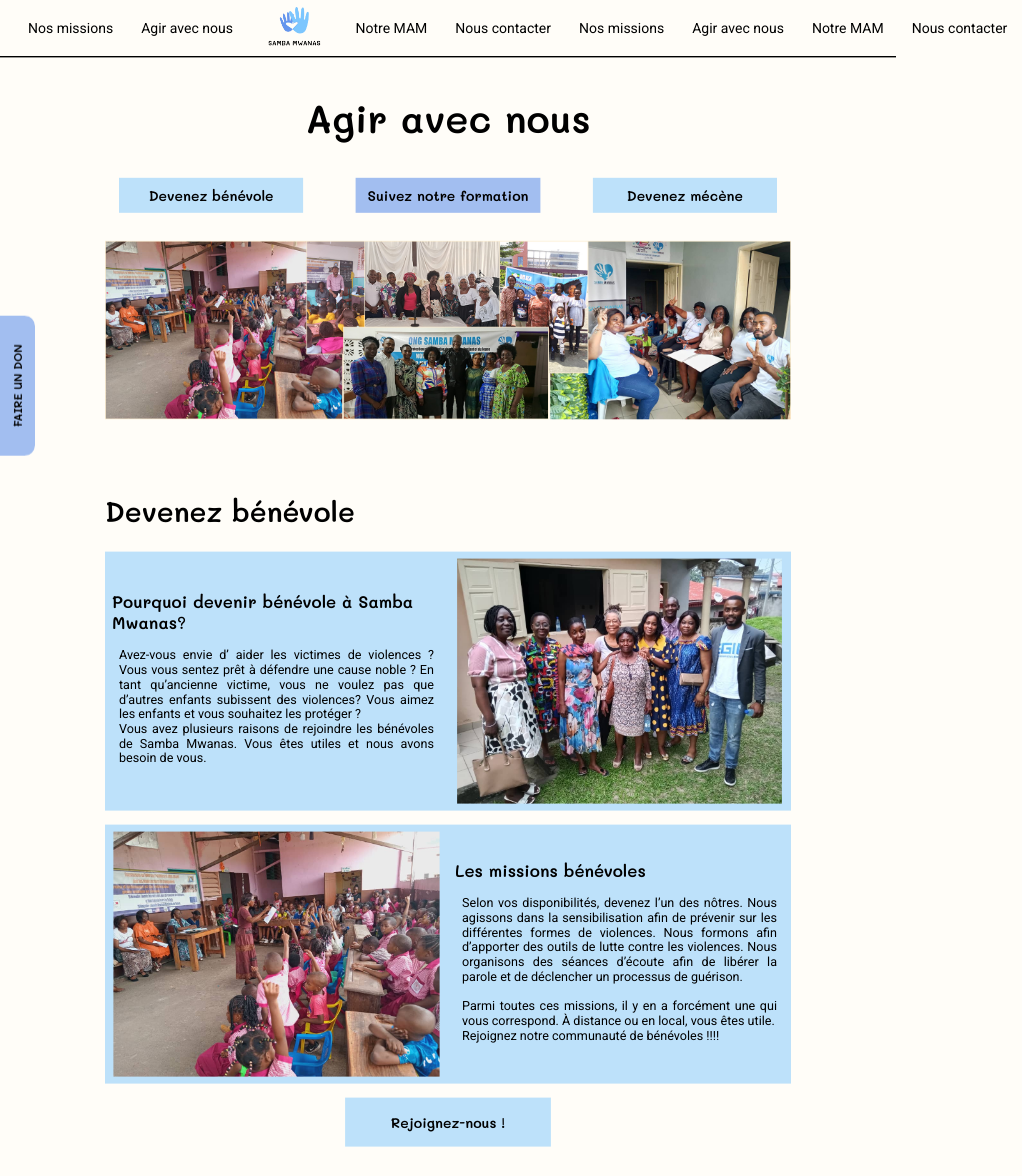
Repository: Danie-lDasilva/Samba-Mwanas
Page: Agir avec nous.html
These files come from the project's save history. The page is drawn as it stood at one moment and after the next save; the edit follows.
The browser window is 1280 px wide. The page is 1460 px wide, then 1280 px, so the pictures cover 1460 px, including what lies to the right of the window. The pictures show the part of the page from y = 0 to 1680 px (the page is 3583 px tall), at 70% of full size.

Above is the page before, as saved 2025-03-07 13:50:42.

### Agir avec nous.html
<!DOCTYPE html>
<html lang="fr">
<head>
    <meta charset="UTF-8">
    <meta name="viewport" content="width=device-width, initial-scale=1.0">
    <title>Agir avec nous</title>
    <link rel="preconnect" href="https://fonts.googleapis.com">
    <link rel="preconnect" href="https://fonts.gstatic.com" crossorigin>
    <link href="https://fonts.googleapis.com/css2?family=Mali:wght@600&family=Roboto:ital,wdth@0,75;1,75&display=swap" rel="stylesheet">

    <link rel="stylesheet" href="assets/css/Agir avec nous.css">
    <link rel="stylesheet" href="assets/css/style.css">
</head>
<body>
    <header>
        <nav>
            <ul>
                <li>
                    <a href="Nos missions.html">Nos missions</a>
                </li>
                <li>
                    <a href="Agir avec nous.html">Agir avec nous</a>
                </li>
                <li class="Logo">
                    <a href="index.html">
                        <img src="assets/img/Fichier 2.png" alt="Logo Samba Mwanas, retour à l'accueil">
                    </a>
                </li>
                <li>
                    <a href="Notre MAM.html">Notre MAM</a>
                </li>
                <li>
                    <a href="Nous contacter.html">Nous contacter</a>
                </li>
            </ul>
        </nav>

        <nav class="Mobile">
            <ul>
                <li>
                    <a href="Nos missions.html">Nos missions</a>
                </li>
                <li>
                    <a href="Agir avec nous.html">Agir avec nous</a>
                </li>
                <li>
                    <a href="Notre MAM.html">Notre MAM</a>
                </li>
                <li>
                    <a href="Nous contacter.html">Nous contacter</a>
                </li>
            </ul>
        </nav>
    </header>

    <main>
        <h1>
            Agir avec nous
        </h1>

        <section class="BoutonsForm">
            <div>
                <a href="#Benevole" class="Color1">Devenez bénévole</a>
            </div>

            <div>
                <a href="#Formation" class="Color2">Suivez notre formation</a>
            </div>

            <div>
                <a href="#Mécène" class="Color1">Devenez mécène</a>
            </div>
        </section>

        <div class="Bannière">
            <img src="assets/img/Mix photos.jpg" alt="">
        </div>

        <section>
            <h2 id="Benevole">
                Devenez bénévole
            </h2>

            <div class="Bloc">
                <div>
                    <h3>
                        Pourquoi devenir bénévole à Samba Mwanas?
                    </h3>
                    <p>
                        Avez-vous envie d’ aider les victimes de violences ? Vous vous sentez prêt à défendre une cause noble ? En tant qu’ancienne victime, vous ne voulez pas que d’autres enfants subissent des violences? Vous aimez les enfants et vous souhaitez les protéger ? <br>
                        Vous avez plusieurs raisons de rejoindre les bénévoles de Samba Mwanas. Vous êtes utiles et nous avons besoin de vous.
                    </p>
                </div>
                <div class="End">
                    <img src="assets/img/Equipe.jpg" alt="Photo de l'équipe de Samba Mwanas">
                </div>
            </div>

            <div class="Bloc">
                <div>
                    <img src="assets/img/Leçon Enfantss.jpg" alt="Photo d'enfants">
                </div>
                <div>
                    <h3>
                        Les missions bénévoles
                    </h3>
                    <p>
                        Selon vos disponibilités, devenez l’un des nôtres. Nous agissons dans la sensibilisation afin de prévenir sur les différentes formes de violences. Nous formons afin d’apporter des outils de lutte contre les violences. Nous organisons des séances d’écoute afin de libérer la parole et de déclencher un processus de guérison. <br>
                        <br>
                        Parmi toutes ces missions, il y en a forcément une qui vous correspond. À distance ou en local, vous êtes utile. <br>
                        Rejoignez notre communauté de bénévoles !!!!
                    </p>
                </div>
            </div>

            <div class="Rejoindre">
                <a href="">Rejoignez-nous !</a>
            </div>
        </section>

        <section>
            <h2 id="Formation">
                Suivez notre formation
            </h2>

            <div class="Bloc2">
                <div>
                    <h3>
                        Pourquoi suivre notre formation ?
                    </h3>
                    <p>
                        Samba Mwanas propose différentes formations afin d’améliorer l’expertise de ses bénévoles et ainsi assurer un suivi régulier . <br>
                        <br>
                        Ces formations permettent à nos bénévoles d’apprendre à écouter les gens qui ont vécu des choses difficiles à entendre mais qui ont besoin d’en parler. <br>
                        <br>
                        Nos formations peuvent évoluer alors pour tout autre information rendez-vous sur nos réseaux sociaux
                    </p>
                </div>
                <div class="End">
                    <img src="assets/img/Eglise.jpg" alt="Photo de l'équipe de Samba Mwanas à une formation à l'église">
                </div>
            </div>

            <div class="Inscrire">
                <a href="">Inscrivez-vous</a>
            </div>
        </section>

        <section>
            <div class="Bloc3">
                <div>
                    <h3>
                        Pourquoi devenir mécène ?
                    </h3>
                    <p>
                        Si vous êtes un organisme international, une banque, une fondation, une entreprise, un service de coopération, un sympathisant, rejoignez Samba Mwanas et aidez nous à faire vivre cette association. <br>
                        <br>
                        Un mécène est un particulier ou une entreprise qui apporte un soutien à notre association, sans attendre de contrepartie commerciale directe. Votre générosité nous aide à mener à bien nos projets et à renforcer notre impact sur la société.

                    </p>
                </div>
                <div>
                    <img src="assets/img/IMG-20241223-WA0017.jpg" alt="Photo de l'équipe de Samba Mwanas avec des cadeaux">
                </div>
            </div>

            <div class="Bloc3">
                <div>
                    <img src="assets/img/IMG-20241113-WA0009.jpg" alt="Photo de l'équipe de Samba Mwanas">
                </div>
                <div>
                    <h3>
                        Denevez Mécène pour la MAM :
                    </h3>

                    <p>
                        La halte garderie « Marche Après Marche » (MAM) permet aux jeunes parents en difficulté de trouver une garderie pour leurs enfants afin de se rendre à un entretien d’embauche, au travail, à l’hôpital pour des soins de santé, à l’école, à une formation… <br>
                        <br>
                        Ce projet a pour ambition de donner une chance à tous de s’insérer et de réduire les inégalités. À la MAM, ce sont des assistantes maternelles formées qui s’occupent des enfants. <br>
                        <br>
                        Nous avons besoin de vous pour créer de l’emploi et ainsi contribuer à la réduction du taux de chômage au Gabon. Les dons versés sont déductibles d’impôts (en fonction de la législation du pays).
                    </p>
                </div>
            </div>

            <div class="Rejoindre">
                <a href="">Rejoignez-nous !</a>
            </div>
        </section>

        <div id="Don" class="Don">
            <a href="https://www.helloasso.com/associations/association-samba-mwanas/formulaires/1" target="_blank">FAIRE UN DON</a>
        </div>
    </main>

    <footer>
        <div class="Footer">

        <div class="FooterInfos">
            <div class="Lien">
                <p class="titre">
                    Navigation
                </p>

                <nav class="InfoMarge">
                    <ul>
                        <li>
                            <a href="Nos missions.html">Nos missions</a>
                        </li>

                        <li>
                            <a href="Agir avec nous.html">Agir avec nous</a>
                        </li>

                        <li>
                            <a href="Notre MAM.html">Notre MAM</a>
                        </li>

                        <li>
                            <a href="Nous contacter.html">Nous contacter</a>
                        </li>
                    </ul>
                </nav>
            </div>

            <div class="Lien">
                <p class="titre">
                    Informations
                </p>

                <nav>
                    <ul>
                        <li>
                            <a href="Politique de confidentialité.html">Politique de confidentialité</a>
                        </li>

                        <li>
                            <a href="Plan du site.html">Plan du site</a>
                        </li>

                        <li>
                            <a href="Mentions légales.html">Mentions légales</a>
                        </li>
                    </ul>
                </nav>
            </div>
        </div>

        <div class="FooterCentre">
            <div class="FooterDon">
                <a href="https://www.helloasso.com/associations/association-samba-mwanas/formulaires/1" target="_blank">Faire un don</a>
            </div>

            <a href="index.html" class="FooterLogo" target="_blank">
                <img src="assets/img/LOGO_Logo principal.svg" alt="Logo Samba Mwanas, Retour à l'acceuil">
            </a>
        </div>

        <div class="FooterInfos">
            <nav class="FooterRéseaux">
                <ul>
                    <li>
                        <a href="https://www.facebook.com/Sambamwanas?locale=fr_FR" target="_blank">
                            <img src="assets/img/facebook.png" alt="Logo facebook, Lien vers le facebook de Samba Mwanas">
                        </a>
                    </li>

                    <li>
                        <a href="https://www.instagram.com/ongsambamwanas/" target="_blank">
                            <img src="assets/img/instagram.png" alt="Logo instagram, Lien vers la page instagram de Samba Mwanas">
                        </a>
                    </li>

                    <li>
                        <a href="https://www.tiktok.com/@ong.samba.mwanas" target="_blank">
                            <img src="assets/img/tik-tok.png" alt="Logo tiktok, Lien vers la page Tiktok de Samba Mwanas">
                        </a>
                    </li>
                </ul>
            </nav>

            <p>
                ong.sambamwanas@gmail.com
            </p>


            <div class="FooterContact">
                <div>
                    <img src="assets/img/france.png" alt="Drapeau de France" class="FooterDrapeau">
                </div>

                <div>
                    <p>
                        07 53 14 03 90
                    </p>

                    <p>
                        3 Rue de la Rosière, <br>
                        Bâtiment C, Appartement 9 <br>
                        33320 Eysines
                    </p>
                </div>
            </div>

            <div class="FooterContact">
                <div>
                    <img src="assets/img/gabon.png" alt="Drapeau du gabon" class="FooterDrapeau">
                </div>

                <div>
                    <p>
                        +241 07 56 07 59
                    </p>

                    <p>
                        Quartier PK12, BP 5704 Libreville, <br>
                        Gabon

                    </p>
                </div>
            </div>
        </div>

    </div>
    </footer>
</body>
</html>

### assets/css/Agir avec nous.css
h1 {
    font-family: "Mali", cursive;
    font-weight: 600;
    font-style: normal;
    font-size: 55px;
    text-align: center;
    margin-bottom: 50px;
    margin-top: 50px;
}

main {
    padding-left: 150px;
    padding-right: 150px;
}

main p {
    font-family: "Roboto", sans-serif;
    font-optical-sizing: auto;
    font-weight: 400;
    font-size: 20px;
    font-style: normal;
    font-variation-settings: "wdth" 75;
    text-align: justify;
}

.BoutonsForm {
    display: flex;
    justify-content: space-between;
    padding-left: 20px;
    padding-right: 20px;
}

.BoutonsForm div {
    width: 28%;
    height: 50px;
    margin-bottom: 40px;
}

.BoutonsForm a {
    width: 100%;
    height: 100%;
    display: flex;
    justify-content: center;
    align-items: center;
    font-family: "Mali", cursive;
    font-weight: 600;
    font-style: normal;
}

.BoutonsForm a:hover {
    background-color: #163d59;
    color: white;
    box-shadow: 0 5px 8px rgba(0, 0, 0, 0.4);
}

.Color1 {
    background-color: #BDE1FA;
}

.Color2 {
    background-color: #A2BEF0;
}

.Bannière img {
    width: 100%;
    height: auto;
    object-fit: cover;
}

.Bannière {
    margin-bottom: 100px;
}

h2 {
    font-family: "Mali", cursive;
    font-weight: 600;
    font-style: normal;
    font-size: 40px;
}

h3 {
    font-family: "Mali", cursive;
    font-weight: 600;
    font-style: normal;
    font-size: 22px;
}

.Bloc, .Bloc2, .Bloc3 {
    display: flex;
    justify-content: space-between;
    align-items: stretch;
    margin-bottom: 20px;
}

.Bloc div, .Bloc2 div, .Bloc3 div {
    flex: 0.8;
    margin: 10px;
    display: flex;
    flex-direction: column;
    justify-content: center;
}

.Bloc img, .Bloc2 img, .Bloc3 img {
    width: 100%;
    max-height: 350px;
    object-fit: contain;
}

.Bloc p, .Bloc2 p, .Bloc3 p {
    font-family: "Roboto", sans-serif;
    font-optical-sizing: auto;
    font-weight: 400;
    font-size: 18px;
    font-style: normal;
    font-variation-settings: "wdth" 75;
    text-align: justify;
    margin: 0;
    padding: 10px;
}

.Bloc h3, .Bloc2 h3, .Bloc3 h3 {
    font-family: "Mali", cursive;
    font-weight: 600;
    font-size: 24px;
    margin-bottom: 10px;
    margin-top: 0;
}

.Bloc, .Bloc3 {
    background-color: #BDE1FA;
}

.Bloc2 {
    background-color: #A2BEF0;
}

.End {
    display: flex;
    justify-content: flex-end;
    align-items: center;
}

.Rejoindre {
    display: flex;
    justify-content: center;
    align-items: center;
    height: 70px;
    width: 100%;
    margin-bottom: 50px;
}

.Rejoindre a {
    font-family: "Mali", cursive;
    font-weight: 600;
    font-style: normal;
    justify-content: center;
    display: flex;
    align-items: center;
    height: 100%;
    width: 30%;
    background-color: #BDE1FA;
}

.Rejoindre a:hover {
    background-color: #163d59;
    color: white;
    box-shadow: 0 5px 8px rgba(0, 0, 0, 0.4);
}

.Inscrire {
    display: flex;
    justify-content: center;
    align-items: center;
    height: 70px;
    width: 100%;
    margin-bottom: 50px;
}

.Inscrire a {
    font-family: "Mali", cursive;
    font-weight: 600;
    font-style: normal;
    justify-content: center;
    display: flex;
    align-items: center;
    height: 100%;
    width: 30%;
    background-color: #A2BEF0;
}

.Inscrire a:hover {
    background-color: #163d59;
    color: white;
    box-shadow: 0 5px 8px rgba(0, 0, 0, 0.4);
}

/* Responsive */
@media (max-width: 768px) {
    h1 {
        font-size: 40px;
        margin-bottom: 30px;
        margin-top: 30px;
    }

    main {
        padding-left: 20px;
        padding-right: 20px;
    }

    main p {
        font-size: 18px;
    }

    .BoutonsForm {
        flex-direction: column;
        align-items: center;
        padding-left: 0;
        padding-right: 0;
    }

    .BoutonsForm div {
        width: 100%;
        margin-bottom: 20px;
    }

    .BoutonsForm a {
        font-size: 16px;
    }

    .Bannière img {
        height: auto;
    }

    h2 {
        font-size: 30px;
    }

    h3 {
        font-size: 20px;
    }

    .Bloc, .Bloc2, .Bloc3 {
        flex-direction: column;
        align-items: center;
    }

    .Bloc div, .Bloc2 div, .Bloc3 div {
        width: 100%;
        margin: 10px 0;
    }

    .Bloc img, .Bloc2 img, .Bloc3 img {
        width: 100%;
        max-height: 400px;
        object-fit: cover;
    }

    .End {
        justify-content: center;
    }

    .Rejoindre a, .Inscrire a {
        width: 80%;
    }
}

Loaded but not shown: assets/css/style.css (873 lines, source omitted)

After the next save:
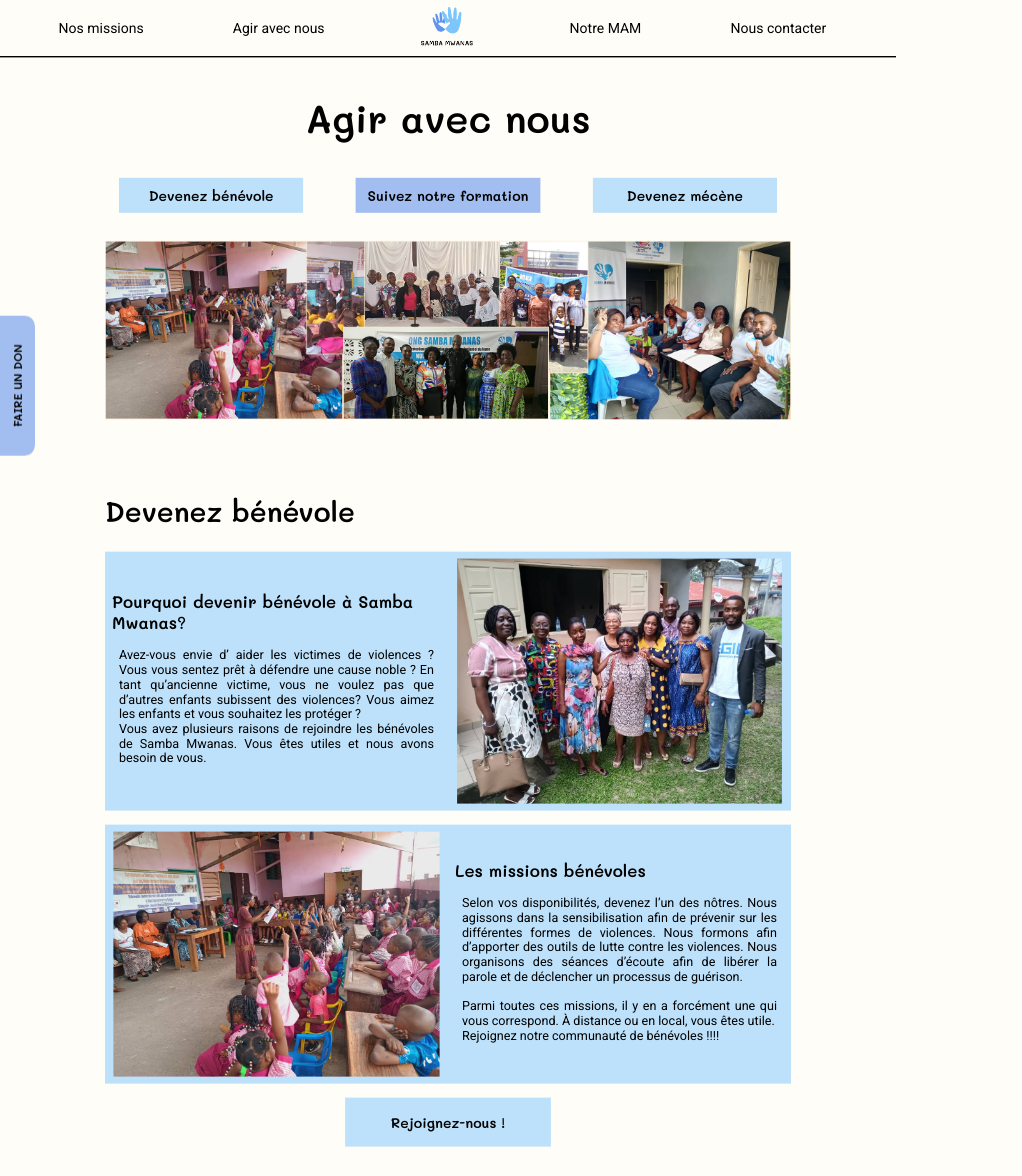
Saved 34 s later.
--- a/Agir avec nous.html
+++ b/Agir avec nous.html
@@ -12,6 +12,17 @@
     <link rel="stylesheet" href="assets/css/style.css">
 </head>
 <body>
+    <div class="overlay--burger trigger"></div>
+    <div class="menuBurger">
+      <div class="menuBurger__img"><a href="index.html"><img src="assets/img/Fichier 2.png" alt="logo"></a></div>
+      <ul>
+        <li><a href="Nos missions.html">Nos missions</a></li>
+        <li><a href="Agir avec nous.html">Agir avec nous</a></li>
+        <li><a href="Notre MAM.html">Notre MAM</a></li>
+        <li><a href="Nous contacter.html">Nous contacter</a></li>
+      </ul>
+    </div>
+
     <header>
         <nav>
             <ul>
@@ -35,22 +46,11 @@
             </ul>
         </nav>
 
-        <nav class="Mobile">
-            <ul>
-                <li>
-                    <a href="Nos missions.html">Nos missions</a>
-                </li>
-                <li>
-                    <a href="Agir avec nous.html">Agir avec nous</a>
-                </li>
-                <li>
-                    <a href="Notre MAM.html">Notre MAM</a>
-                </li>
-                <li>
-                    <a href="Nous contacter.html">Nous contacter</a>
-                </li>
-            </ul>
-        </nav>
+        <button type="button" aria-label="toggle curtain navigation"  class="burger--toggler">
+            <span class="l1"></span>
+            <span class="l2"></span>
+            <span class="l3"></span>
+          </button>
     </header>
 
     <main>
